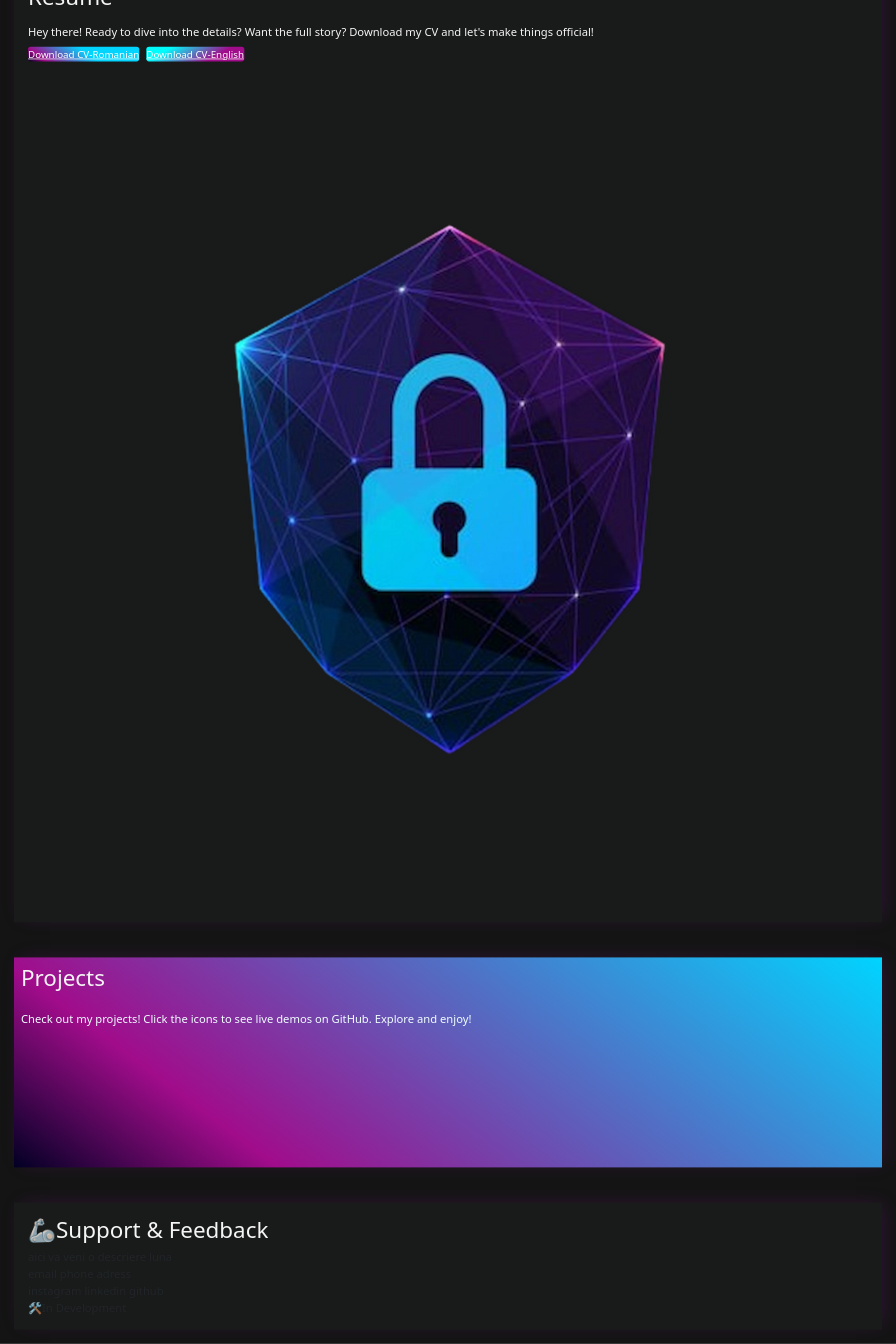
Repository: Sebastiand22/portfolio
Page: index.html
These files come from the project's save history. The page is drawn as it stood at one moment and after a run of saves; the edit follows.
The browser window is 1280 px wide. The pictures show the part of the page from y = 1854 to 3774 px (the page is 3774 px tall), at 70% of full size.

Above is the page before, as saved 2024-09-15 17:29:04.

After the next 2 saves:
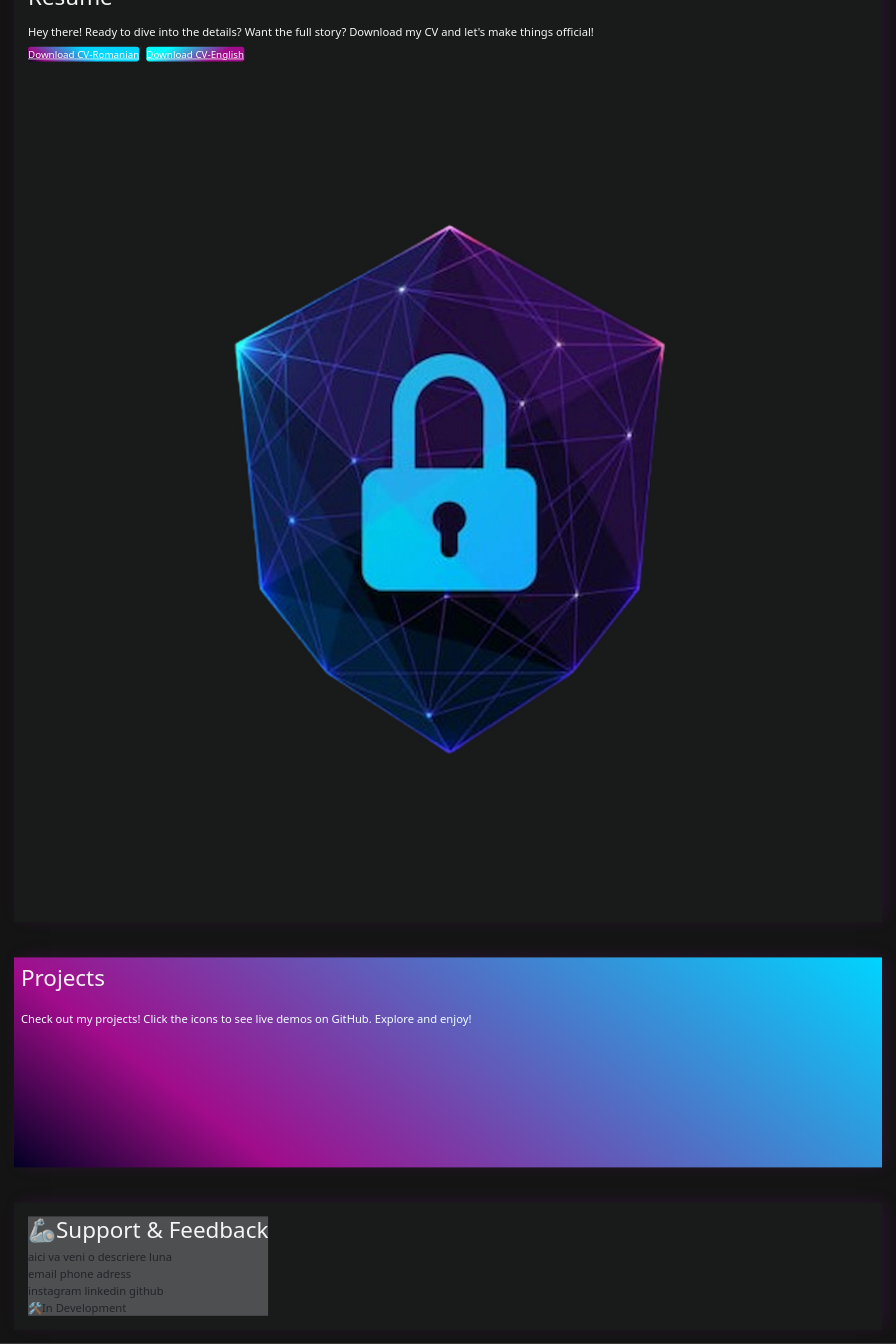
The 2 saves are shown as one change because they came seconds apart.
The last was saved 58 s later.
--- a/index.css
+++ b/index.css
@@ -356,4 +356,5 @@
   flex-direction: column;
   gap: 20px;
   overflow: hidden;
-}
+  background-color:#4e4f51
+}

After the save that followed:
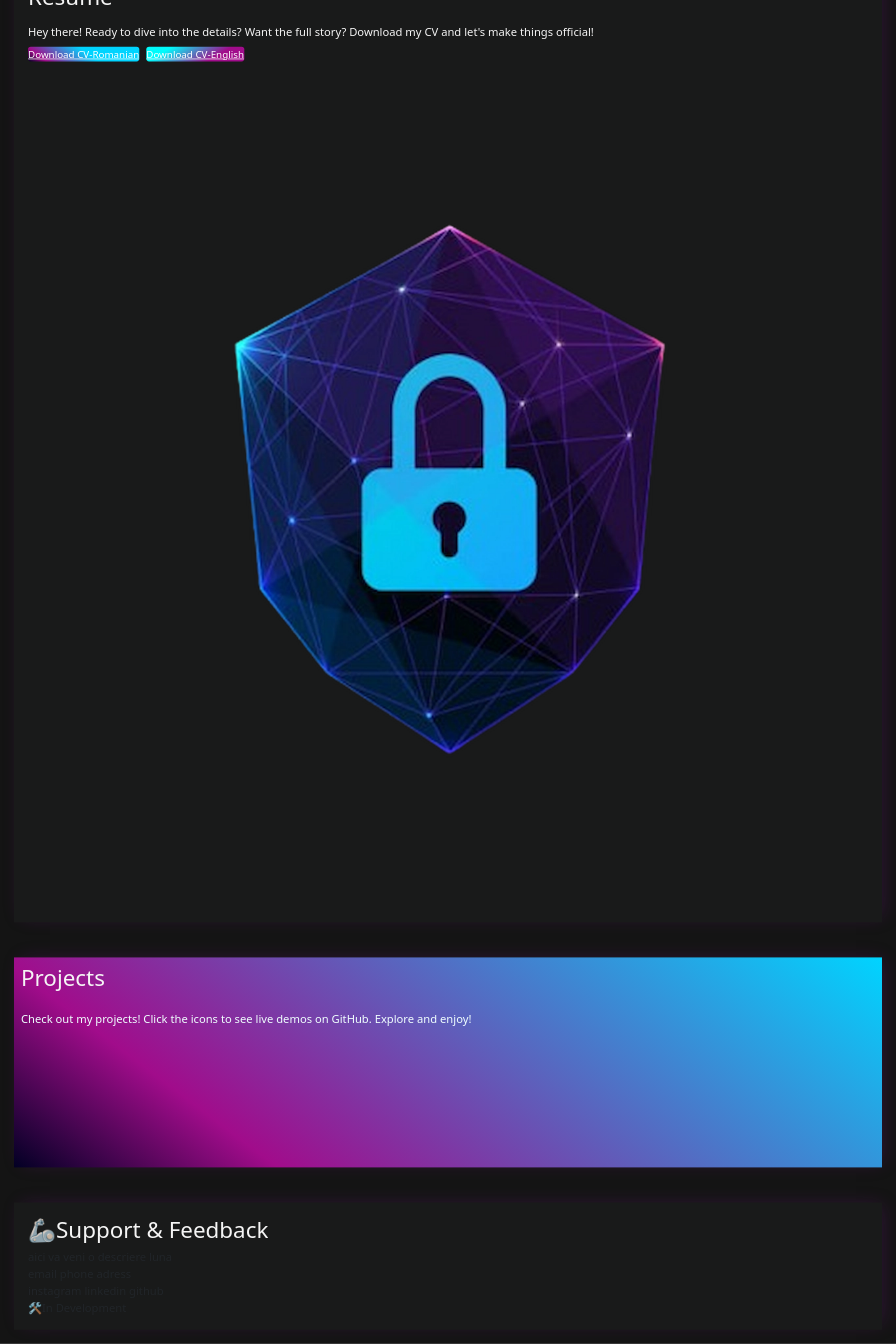
Saved 6 s later.
--- a/index.css
+++ b/index.css
@@ -356,5 +356,4 @@
   flex-direction: column;
   gap: 20px;
   overflow: hidden;
-  background-color:#4e4f51
-}
+  background-color:
